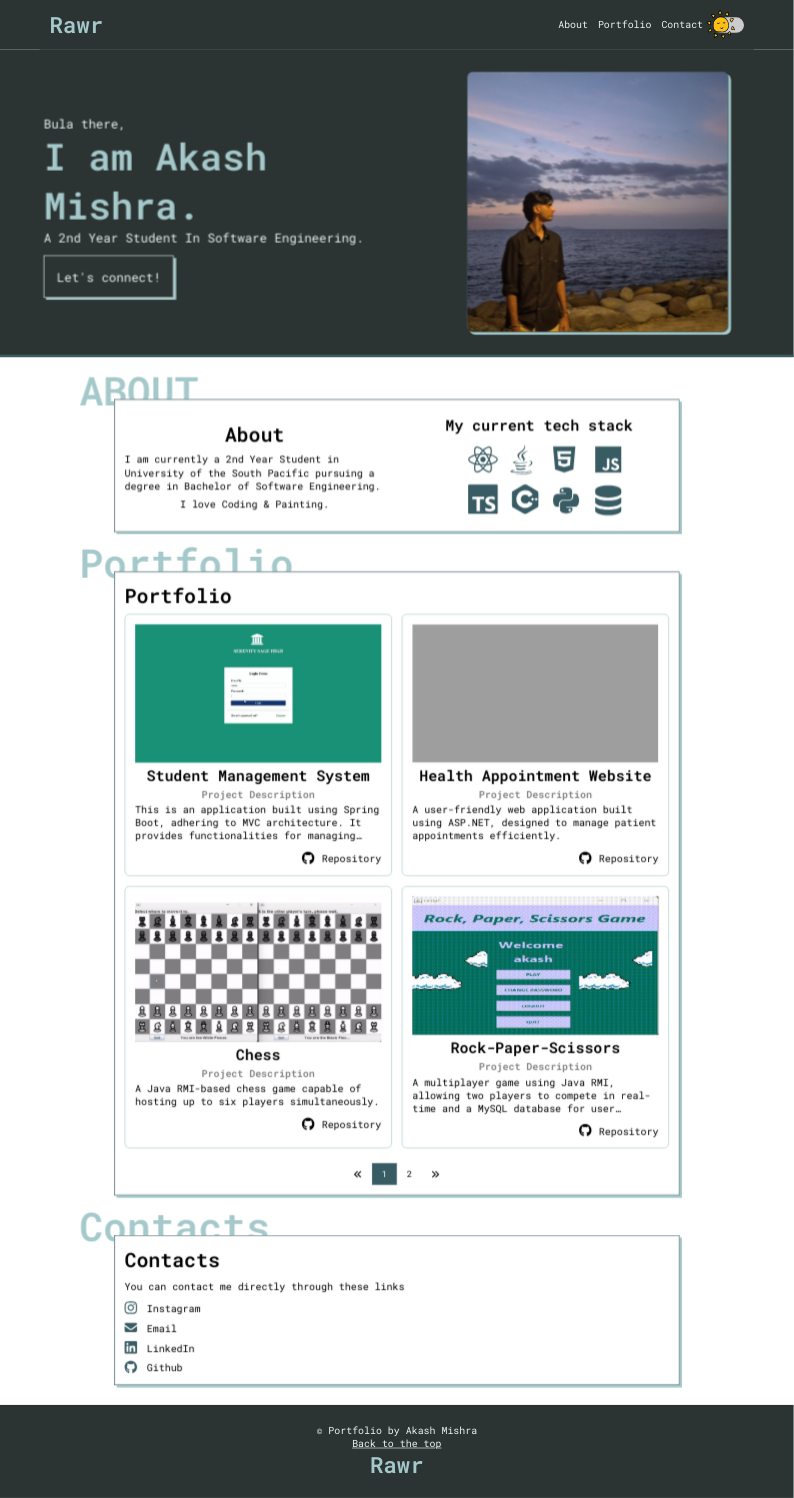
Repository: akashrawr/portfolio
Page: /
The author's editor kept a copy of each file at every save. The page is drawn from the files as they stood at one save, then again after the next save.
The browser window is 1280 px wide. The pictures show the whole page, at 62% of full size.
Pictures or frames that could not be fetched are drawn as grey boxes. The project was rebuilt for these pictures with package versions that can differ from the ones it lists, and the page was loaded fresh each time.

Above is the page before, as saved 2024-12-16 12:25:04.

After the next save:
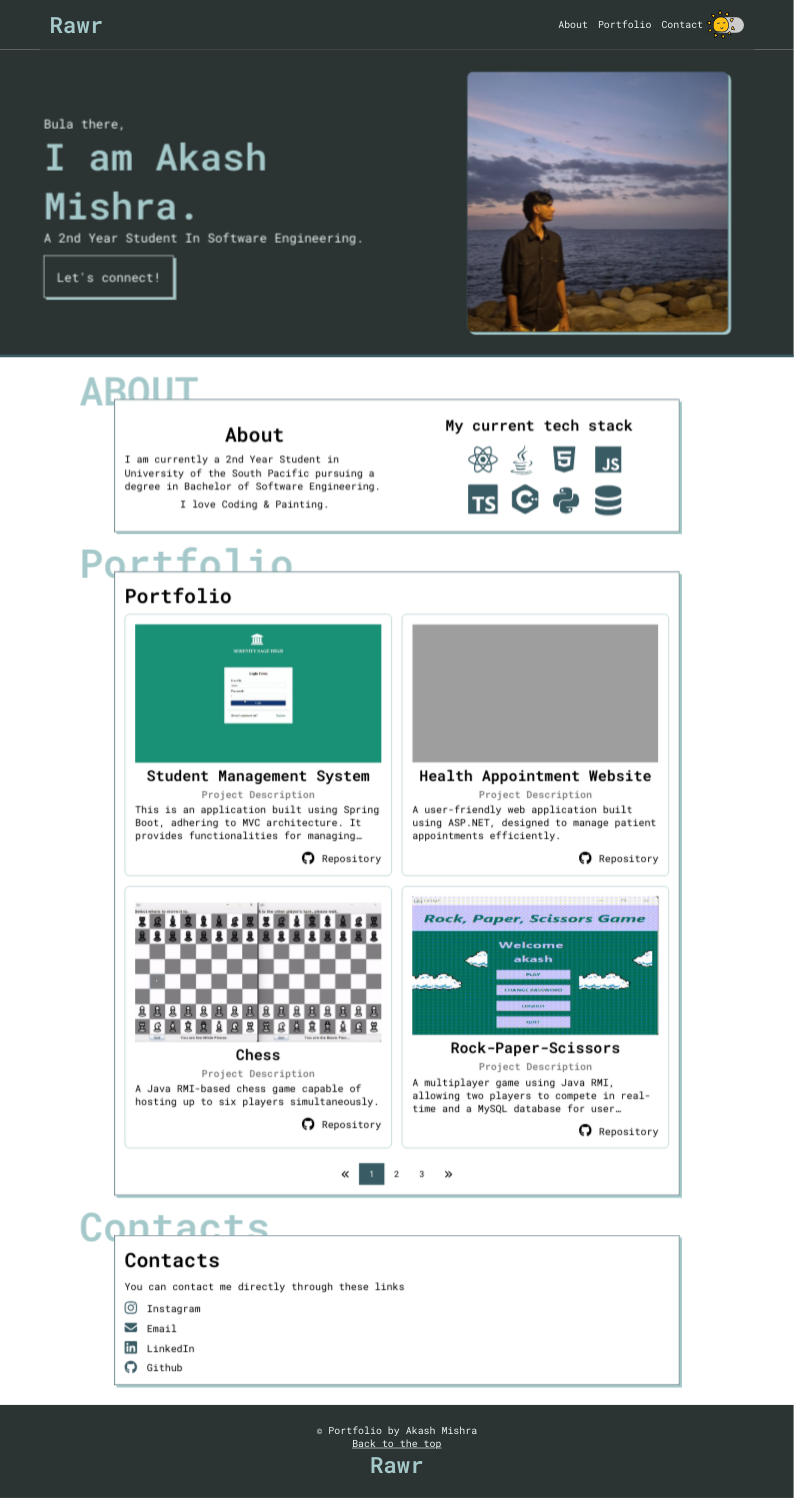
Saved 23 h 10 min later.
--- a/src/data/projects.js
+++ b/src/data/projects.js
@@ -51,6 +51,13 @@ export const projects = [
       repoLink: 'https://github.com/akashrawr/N-Queen-Solver.git',
     },
     {
+      imgSrc: './assets/images/hotel.gif',
+      altText: 'Serenity-hotel',
+      title: 'Serenity Hotel',
+      description: 'A full-stack Hotel Room Booking project using React.js and Spring Boot, focusing on JWT authentication, MySQL integration, and AWS cloud deployment.',
+      repoLink: 'https://github.com/akashrawr/Serenity-Hotel.git',
+    },
+    {
       imgSrc: './assets/images/coming-soon.gif',
       altText: 'project-Soon',
       title: 'Project Name',
